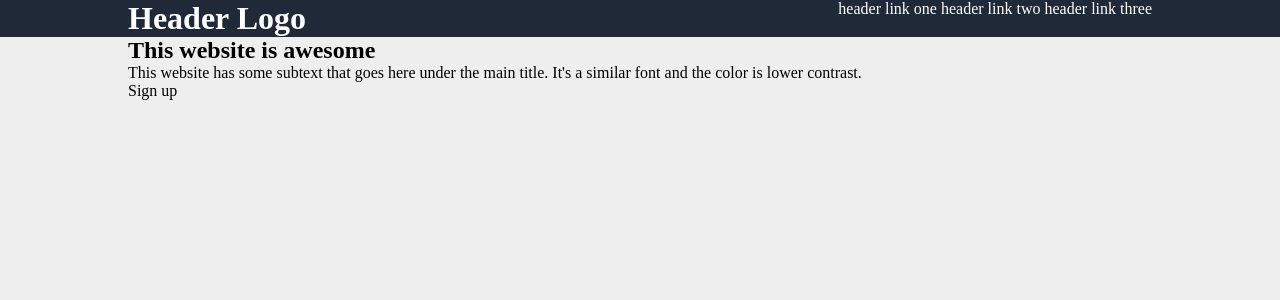
Repository: Pafestivo/Dummy-Landing-Page
Page: index.html
These files come from the project's save history. The page is drawn as it stood at one moment and after the next save; the edit follows.
The browser window is 1280 px wide. The pictures show the whole page.

Above is the page before, as saved 2022-09-26 17:43:26.

After the next save:
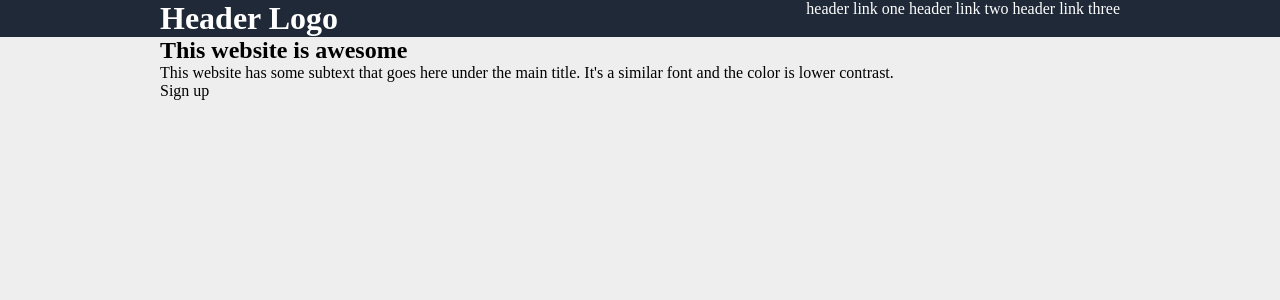
Saved 21 s later.
--- a/styles.css
+++ b/styles.css
@@ -10,7 +10,7 @@ body {
 }
 
 .container {
-  width: 80vw;
+  width: 75vw;
   margin: 0 auto;
 }
 
